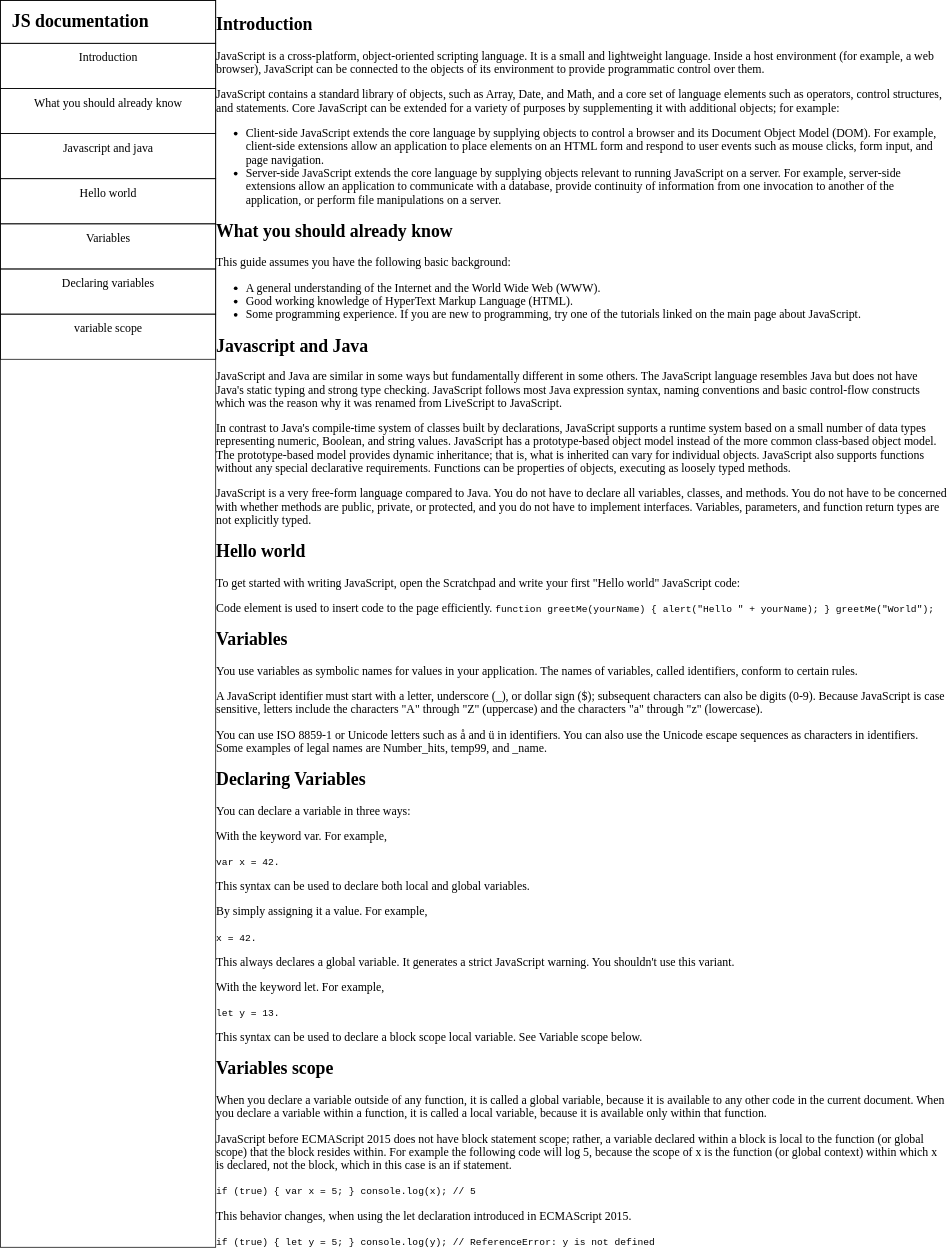
Repository: Pafestivo/Technical-documentation
Page: index.html
An editor plug-in stored every save of this project. The page is shown before and after the next save, followed by the edit.
The browser window is 1280 px wide. The pictures show the whole page, at 74% of full size.

Above is the page before, as saved 2022-09-07 13:29:18.

### index.html
<!DOCTYPE html>
<html lang="en">
<head>
    <meta charset="UTF-8">
    <meta name="viewport" content="width=device-width, initial-scale=1.0">
    <link rel="stylesheet" href="styles.css">
    <title>Technical Documentation Page</title>
</head>
<body>
  <nav id="navbar">
    <header>
      <h1>JS documentation</h1>
    </header>
    <ul>
      <li><a id="nav-link" href="#introduction">Introduction</a></li>
      <li><a id="nav-link" href="#what_you_should_already_know">What you should already know</a></li>
      <li><a id="nav-link" href="#javascript_and_Java">Javascript and java</a></li>
      <li><a id="nav-link" href="#hello_world">Hello world</a></li>
      <li><a id="nav-link" href="#variables">Variables</a></li>
      <li><a id="nav-link" href="#declaring_variables">Declaring variables</a></li>
      <li><a id="nav-link" href="#variable_scope">variable scope</a></li>
    </ul>
  </nav>
  <main id="main-doc">
    <section id="introduction" class="main-section">
      <h1>Introduction</h1>

      <p>JavaScript is a cross-platform, object-oriented scripting language. It is a small and lightweight language. Inside a host environment (for example, a web browser), JavaScript can be connected to the objects of its environment to provide programmatic control over them.</p>

      <p>JavaScript contains a standard library of objects, such as Array, Date, and Math, and a core set of language elements such as operators, control structures, and statements. Core JavaScript can be extended for a variety of purposes by supplementing it with additional objects; for example:</p>

      <ul>
        <li>Client-side JavaScript extends the core language by supplying objects to control a browser and its Document Object Model (DOM). For example, client-side extensions allow an application to place elements on an HTML form and respond to user events such as mouse clicks, form input, and page navigation.</li>
        <li>Server-side JavaScript extends the core language by supplying objects relevant to running JavaScript on a server. For example, server-side extensions allow an application to communicate with a database, provide continuity of information from one invocation to another of the application, or perform file manipulations on a server.</li>
      </ul>
    </section>

    <section id="what_you_should_already_know" class="main-section">
        <h1>What you should already know</h1>

        <p>This guide assumes you have the following basic background:</p>

        <ul>
          <li>A general understanding of the Internet and the World Wide Web (WWW).</li>
          <li>Good working knowledge of HyperText Markup Language (HTML).</li>
          <li>Some programming experience. If you are new to programming, try one of the tutorials linked on the main page about JavaScript.</li>
        </ul>
      </section>

      <section id="javascript_and_Java" class="main-section">
        <h1>Javascript and Java</h1>

        <p>JavaScript and Java are similar in some ways but fundamentally different in some others. The JavaScript language resembles Java but does not have Java's static typing and strong type checking. JavaScript follows most Java expression syntax, naming conventions and basic control-flow constructs which was the reason why it was renamed from LiveScript to JavaScript.</p>

        <p>In contrast to Java's compile-time system of classes built by declarations, JavaScript supports a runtime system based on a small number of data types representing numeric, Boolean, and string values. JavaScript has a prototype-based object model instead of the more common class-based object model. The prototype-based model provides dynamic inheritance; that is, what is inherited can vary for individual objects. JavaScript also supports functions without any special declarative requirements. Functions can be properties of objects, executing as loosely typed methods.</p>

        <p>JavaScript is a very free-form language compared to Java. You do not have to declare all variables, classes, and methods. You do not have to be concerned with whether methods are public, private, or protected, and you do not have to implement interfaces. Variables, parameters, and function return types are not explicitly typed.</p>
      </section>

      <section id="hello_world" class="main-section">
        <h1>Hello world</h1>
        <p>To get started with writing JavaScript, open the Scratchpad and write your first "Hello world" JavaScript code:</p>

        Code element is used to insert code to the page efficiently.
        <code>
            function greetMe(yourName) { alert("Hello " + yourName); }
            greetMe("World");
        </code>
      </section>

      <section id="variables" class="main-section">
        <h1>Variables</h1>

        <p>You use variables as symbolic names for values in your application. The names of variables, called identifiers, conform to certain rules.</p>

        <p>A JavaScript identifier must start with a letter, underscore (_), or dollar sign ($); subsequent characters can also be digits (0-9). Because JavaScript is case sensitive, letters include the characters "A" through "Z" (uppercase) and the characters "a" through "z" (lowercase).</p>

        <p>You can use ISO 8859-1 or Unicode letters such as å and ü in identifiers. You can also use the Unicode escape sequences as characters in identifiers. Some examples of legal names are Number_hits, temp99, and _name.</p>
      </section>

      <section id="declaring_variables" class="main-section">
        <h1>Declaring Variables</h1>

        <p>You can declare a variable in three ways:</p>

        <p>With the keyword var. For example,</p>
        <code>
            var x = 42.
        </code>

        <p>This syntax can be used to declare both local and global variables.</p>

        <p>By simply assigning it a value. For example,</p>
        <code>
            x = 42.
        </code>

        <p>This always declares a global variable. It generates a strict JavaScript warning. You shouldn't use this variant.</p>

        <p>With the keyword let. For example,</p>
        <code>
            let y = 13.
        </code>

        <p>This syntax can be used to declare a block scope local variable. See Variable scope below.</p>
      </section>

      <section id="variable_scope" class="main-section">
        <h1>Variables scope</h1>

        <p>When you declare a variable outside of any function, it is called a global variable, because it is available to any other code in the current document. When you declare a variable within a function, it is called a local variable, because it is available only within that function.</p>

        <p>JavaScript before ECMAScript 2015 does not have block statement scope; rather, a variable declared within a block is local to the function (or global scope) that the block resides within. For example the following code will log 5, because the scope of x is the function (or global context) within which x is declared, not the block, which in this case is an if statement.</p>
        <code>
            if (true) { var x = 5; } console.log(x); // 5
        </code>

        <p>This behavior changes, when using the let declaration introduced in ECMAScript 2015.</p>
        <code>
            if (true) { let y = 5; } console.log(y); // ReferenceError: y is
not defined
        </code>
  </main>

</body>
</html>

### styles.css
html {
  box-sizing: border-box;
  scroll-behavior: smooth;
}

body {
  display: flex;
  padding: 0;
  margin: 0;
}

/* Navigation bar  */
#navbar {
  min-width: 290px;
  border: 1px solid #000;
}

#navbar header {
  margin: -1px;
}

#navbar header h1{
  margin: 0;
  padding: 15px;
  border: 1px solid #000;
}

#navbar ul {
  list-style: none;
  margin: 0;
  padding: 0;
}

#navbar ul li {
  margin: -1px;
}

#navbar ul a {
  display: block;
  text-decoration: none;
  color: #000;
  height: 50px;
  border: 1px solid #000;
  text-align: center;
  padding-top: 10px;
}

/* Navigation bar end  */

After the next save:
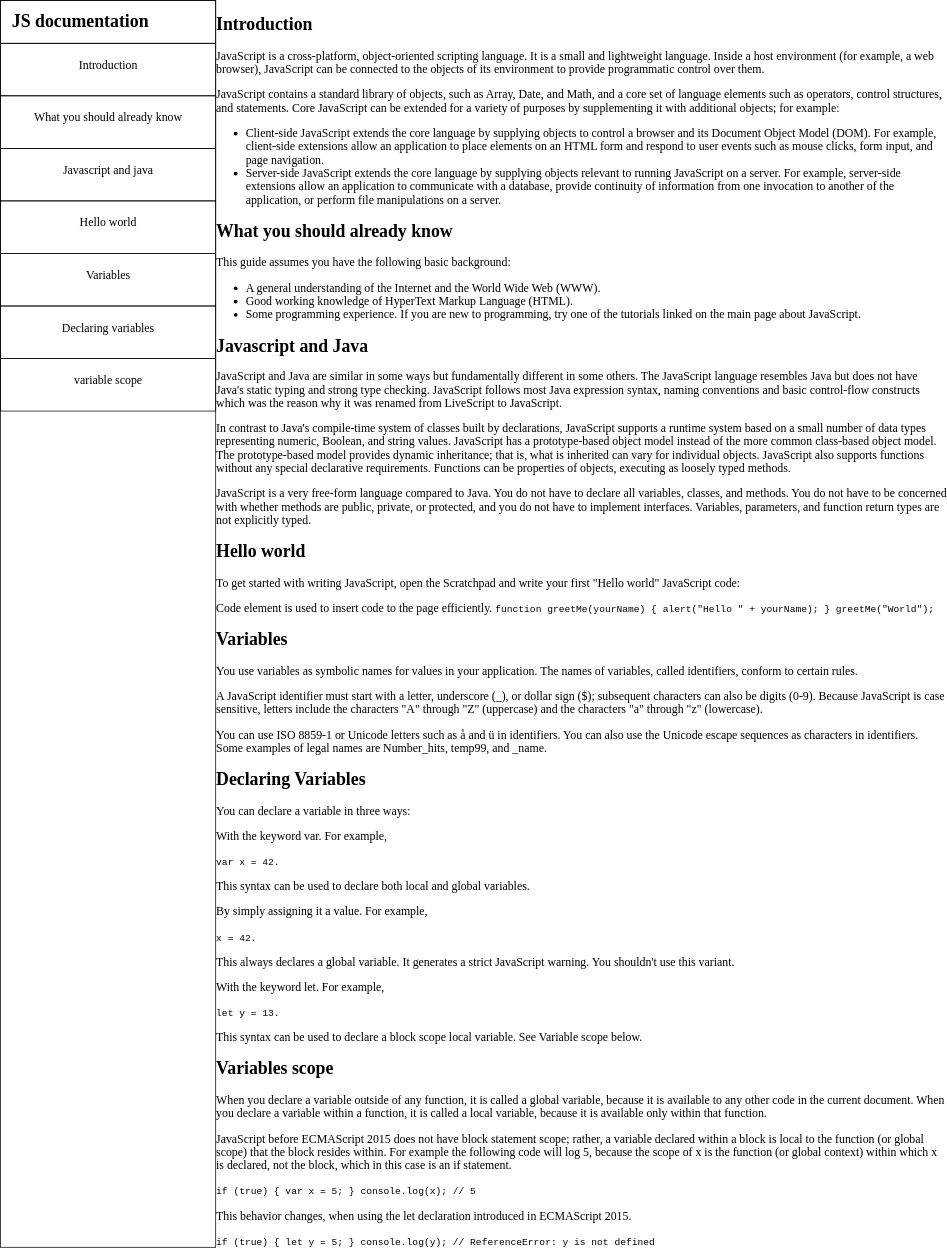
Saved 7 s later.
--- a/styles.css
+++ b/styles.css
@@ -42,7 +42,7 @@ body {
   height: 50px;
   border: 1px solid #000;
   text-align: center;
-  padding-top: 10px;
+  padding-top: 20px;
 }
 
 /* Navigation bar end  */
